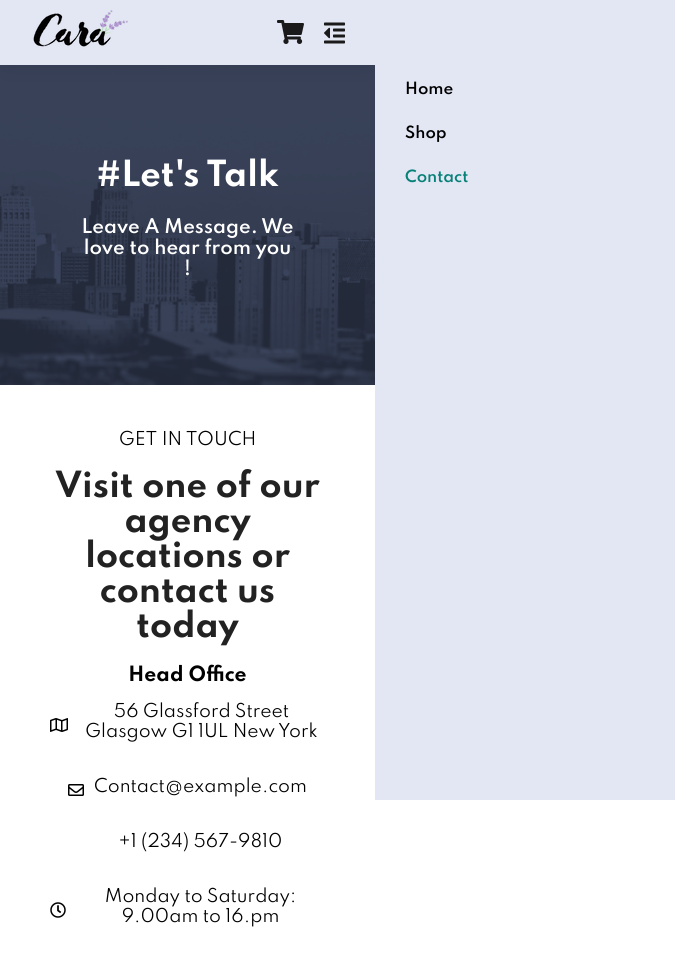
Repository: Daryllgio/E-Commerce-Website-UI
Page: contact.html
These files come from the project's save history. The page is drawn as it stood at one moment and after the next save; the edit follows.
The browser window is 375 px wide. The page is 688 px wide, so the pictures cover 688 px, including what lies to the right of the window. The pictures show the part of the page from y = 0 to 967 px (the page is 3007 px tall before and 3032 px after).
Pictures or frames that could not be fetched are drawn as grey boxes. Some web libraries are served in a nearby version.

Above is the page before, as saved 2025-01-09 10:26:00.

### contact.html
<!DOCTYPE html>
<html lang="en">

<head>
    <meta charset="UTF-8">
    <meta http-equiv="X-UA-Compatible" content="IE=edge">
    <meta name="viewport" content="width=device-width, initial-scale=1.0">
    <title>Giovanny's Ecommerce UserInterface</title>

    <link rel="stylesheet" href="https://pro.fontawesome.com/releases/v5.10.0/css/all.css" />

    <link rel="stylesheet" href="style.css">
</head>

<body>
    <section id="header">
        <a href="#"><img src="img/logo.png" id="logo" class="logo" alt=""></a>

        <div>
            <ul id="navbar">
                <li>
                    <a href="index.html">Home</a>
                </li>
                <li>
                    <a href="shop.html">Shop</a>
                </li>
                <li>
                    <a class="active" href="contact.html">Contact</a>
                </li>
                <li id="lg-bag">
                    <a href="cart.html"><i class="fa fa-shopping-cart" aria-hidden="true"></i></a>
                </li>
                <a href="#" id="close"><i class="far fa-times"></i></a>
            </ul>
        </div>
        <div id="mobile">
            <a href="cart.html"><i class="fa fa-shopping-cart" aria-hidden="true"></i></a>
            <i id="bar" class="fas fa-outdent"></i>
        </div>
    </section>
    <section id="ContactPageheader" class="section-p1">
        <h2>#Let's Talk</h2>
        <p>Leave A Message. We love to hear from you !</p>
    </section>
    <section id="ContactDetailContainer">
        <div class="Contact">
            <p>
                GET IN TOUCH
            </p>
            <h2>
                Visit one of our agency locations or contact us today
            </h2>
            <h3>
                Head Office
            </h3>
            <div class="ContactDetail">
                <i class="far fa-map"></i>
                <p>
                    56 Glassford Street Glasgow G1 1UL New York
                </p>
            </div>
            <div class="ContactDetail">
                <i class="far fa-envelope"></i>
                <p>
                    Contact@example.com
                </p>
            </div>
            <div class="ContactDetail">
                <i class="far fa-phone-alt"></i>
                <p>
                    +1 (234) 567-9810
                </p>
            </div>
            <div class="ContactDetail">
                <i class="far fa-clock"></i>
                <p>
                    Monday to Saturday: 9.00am to 16.pm
                </p>
            </div>
        </div>

        <div class="map">
            <iframe
                src="https://www.google.com/maps/embed?pb=!1m18!1m12!1m3!1d3154.2481147782505!2d-122.38923522391983!3d37.760780071988954!2m3!1f0!2f0!3f0!3m2!1i1024!2i768!4f13.1!3m3!1m2!1s0x808f7f001c806bf3%3A0xfff22b37f9f735f4!2sY%20Combinator!5e0!3m2!1sen!2sus!4v1735790510353!5m2!1sen!2sus"
                width="600" height="450" style="border:0;" allowfullscreen="" loading="lazy"
                referrerpolicy="no-referrer-when-downgrade"></iframe>
        </div>
    </section>

    <section id="sm-NewsLetter" class="section-p1">
        <div class="Newsletters-Container">
            <div class="Newsletters-Text">
                <h3>Sign Up For Newsletters</h3>
                <p> Get the updates about out latest shop and <span>special offers</span></p>
            </div>
            <div class="Newsletters-Input">
                <input placeholder="Your email address" />
                <button>
                    Sign Up
                </button>
            </div>
        </div>
    </section>

    <section id="Contact-Input">
        <h2>
            Contact Us
        </h2>
        <input type="text" placeholder="Your Name" class="Input-Box" />
        <input type="text" placeholder="Email" class="Input-Box" />
        <input type="text" placeholder="Subject" class="Input-Box" />
        <textarea type="text" placeholder="Your Message" class="Input-Message-Box"></textarea>
        <button>
            Submit
        </button>
    </section>

    <section id="Footer" class="section-p1">
        <div class="Footer-box">
            <h3>Contact</h3>
            <p><span>Address: </span>1233 Colonel By Drive, Ottawa, Canada</p>
            <p><span>Phone: </span>+1 (234) 567-9810</span></p>
            <p><span>Hours: </span>1233 Coloenl By Drive, Ottawa, Canada</p>
            <h3>Follow Us</h3>

            <div class="Social-Icons">
                <i class="fab fa-facebook-f"></i>
                <i class="fab fa-instagram"></i>
                <i class="fab fa-pinterest-p"></i>
            </div>
        </div>

        <div class="Footer-box">
            <h3>About</h3>
            <a href="#">Delivery Information</a>
            <a href="#">Privacy Policy</a>
            <a href="#">Terms & Conditions</a>
            <a href="contact.html">Contact Us</a>
        </div>

        <div class="Footer-box">
            <h3>My Account</h3>
            <a href="#">Sign In</a>
            <a href="cart.html">View Cart</a>
            <a href="#">Track My Order</a>
            <a href="#">Help</a>
        </div>

        <div class="Footer-box">
            <h3>Install App</h3>
            <p>From App Store or Google Play</p>
            <div class="Pay-Container">
                <img src="img/pay/app.jpg" class="pay" alt="">
                <img src="img/pay/play.jpg" class="pay" alt="">

            </div>
            <p>Secured Payment Gateways</p>
            <img src="img/pay/pay.png" alt="">

        </div>

    </section>
    <div id="copyright">
        <p>
            Giovanny, E-commerce website project
        </p>
    </div>


    <script src="script.js"></script>

</body>

</html>

### style.css
@import url("https://fonts.googleapis.com/css2?family=Spartan:wght@100;200;300;400;500;600;700;800;900&display=swap");

* {
  margin: 0;
  padding: 0;
  box-sizing: border-box;
  font-family: "Spartan", sans-serif;
}

html {
  scroll-behavior: smooth;
}

/* Global Styles */

h1 {
  font-size: 50px;
  line-height: 64px;
  color: #222;
}

h2 {
  font-size: 46px;
  line-height: 54px;
  color: #222;
}

h4 {
  font-size: 20px;
  color: #222;
}

h6 {
  font-weight: 700;
  font-size: 12px;
}

p {
  font-size: 16px;
  color: #465b52;
  margin: 15px 0 20px 0;
}

.section-p1 {
  padding: 40px 80px;
}

.section-m1 {
  margin: 40px 0;
}

button.normal {
  font-size: 14px;
  font-weight: 400;
  padding: 15px 20px;
  border-radius: 5px;
  cursor: pointer;
  border: none;
  outline: none;
  transition: 0.3s;
}

body {
  width: 100%;
}

#header {
  display: flex;
  align-items: center;
  justify-content: space-between;
  padding: 20px 80px;
  background: #E3E6F3;
  box-shadow: 0 5px 15px rgba(0, 0, 0, 0.06);
  position: sticky;
  top: 0;
  left: 0;

}



#navbar {
  display: flex;
  align-items: center;
  justify-content: center;
}

#navbar li {
  list-style: none;
  padding: 0px 20px;
}

#navbar li a {
  text-decoration: none;
  font-size: 15px;
  font-weight: 600;
  color: #000;
  transition: 0.3s ease;
}

#navbar li a:hover,
#navbar li a.active {
  color: #088178;
}

#mobile {
  display: none;
  align-items: center;
}

#close {
  display: none;
}

#HomeHeaderContent {
  background-image: url("img/hero4.png");
  height: 90vh;
  width: 100%;
  background-size: cover;
  background-position: top 25% right 0;
  padding: 0 80px;
  align-items: flex-start;
  display: flex;
  flex-direction: column;
  justify-content: center;
}

#HomeHeaderContent h4 {
  margin-bottom: 10px;
}

#HomeHeaderContent h1 {
  color: #088178;
}

#HomeHeaderContent button {
  color: #088178;
  background-image: url("img/button.png");
  font-size: 15px;
  font-weight: 600;
  background-color: transparent;
  border: 0;
  padding: 14px 80px 14px 65px;
  background-repeat: no-repeat;
  cursor: pointer;
}

#Features {
  display: flex;
  align-items: center;
  justify-content: space-between;
  flex-wrap: wrap;
}

#Features .fe-box {
  width: 200px;
  text-align: center;
  padding: 35px 25px;
  border: 1px solid #cce7d0;
  box-shadow: 20px 20px 34px rgba(0, 0, 0, 0.03);
  border-radius: 10px;
  margin-right: 15px 0;
}

#Features .fe-box:hover {
  box-shadow: 10px 10px 54px rgba(0, 0, 0, 0.1);
}

#Features .fe-box img {
  width: 100%;
  margin-bottom: 10px;
}

#Features .fe-box h6 {
  font-size: 13px;
  display: inline-block;
  line-height: 1;
  border-radius: 4px;
  color: #088178;
  background-color: #fddde4;
  padding: 9px 8px 6px 8px;
}

#Features .fe-box:nth-child(2) h6 {
  background-color: #cdebbc;
}

#Features .fe-box:nth-child(3) h6 {
  background-color: #d1e8f2;
}

#Features .fe-box:nth-child(4) h6 {
  background-color: #cdd4f8;
}

#Features .fe-box:nth-child(5) h6 {
  background-color: #f6dbf6;
}

#Features .fe-box:nth-child(6) h6 {
  background-color: #fff2e5;
}

#product1 {
  text-align: center;
}

#product1 .pro {
  width: 23%;
  min-width: 250px;
  padding: 10px 25px;
  border: 1px solid #f0f0f0;
  border-radius: 20px;
  cursor: pointer;
  box-shadow: 20px 20px 30px rgba(0, 0, 0, 0.02);
  transition: 0.3s ease;
}

#product1 .pro:hover {
  box-shadow: 20px 20px 30px rgba(0, 0, 0, 0.06);

}

#product1 .pro img {
  width: 100%;
  border-radius: 20px;
}

#product1 .pro .des {
  text-align: start;
  padding: 10px 0;
}

#product1 .pro .des span {
  color: #606063;
  font-size: 12px;
}

#product1 .pro .des h5 {
  color: #1a1a1a;
  font-size: 14px;
  padding-top: 7px;
}

#product1 .pro .des .fa-star {
  color: rgb(243, 181, 25);
  font-size: 12px;
}

#product1 .pro .des h4 {
  font-size: 16px;
  padding-top: 7px;
  font-weight: 700;
  color: #088178;

}

#product1 .pro .Shop {
  display: flex;
  justify-content: space-between;
}

#product1 .pro .des .fa-shopping-cart {
  width: 40px;
  height: 40px;
  line-height: 40px;
  border-radius: 50px;
  font-size: 17px;
  background-color: #e8f6ea;
  font-weight: 500;
  color: #088178;
  border: 1px solid #cce7d0;
  text-align: center;
}

#product1 .pro-container {
  display: flex;
  justify-content: space-between;
  padding: 20px;
  flex-wrap: wrap;
}


#banner {
  background-image: url("img/banner/b2.jpg");
  height: 40vh;
  width: 100%;
  background-size: cover;
  background-position: top 25% right 0;
  padding: 0 80px;
  text-align: center;
  display: flex;
  flex-direction: column;
  align-items: center;
  justify-content: center;
}

#banner p {
  font-size: 15px;
  margin-bottom: 15px;
  font-weight: 400;
  color: #ffffff;
}

#banner h2 {
  color: #fff;
  margin-bottom: 15px;
}

#banner span {
  color: red;
}

#banner button:hover {
  color: #fff;
  background-color: #088178;
}



#sm-banner {
  display: flex;
  justify-content: space-between;
  flex-wrap: wrap;
  margin-bottom: 10px;
}

#sm-banner .banner-box {
  background-image: url("img/banner/b17.jpg");
  height: 50vh;
  min-width: 620px;
  background-size: cover;
  padding: 0 20px;
  display: flex;
  flex-direction: column;
  align-items: flex-start;
  justify-content: center;

}

#sm-banner .banner-box:nth-child(2) {
  background-image: url("img/banner/b10.jpg");
}

#sm-banner p {
  font-size: 20px;
  color: #fff;
}

#sm-banner h2 {
  color: #fff;
}

#sm-banner span {
  font-size: 17px;
  color: #fff;
  margin-top: 15px;
}

#sm-banner button {
  margin-top: 25px;
  background-color: transparent;
  color: #fff;
  border: 1px solid #fff;
  transition: 0.3s ease;

}

#sm-banner button:hover {
  border: 0;
  background-color: #088178;
}




#sm-banner2 {
  display: flex;
  justify-content: space-between;
}

#sm-banner2 .banner-box {
  background-image: url("img/banner/b7.jpg");
  height: 30vh;
  min-width: 30%;
  background-size: cover;
  padding: 20px;
  display: flex;
  flex-direction: column;
  align-items: flex-start;
  justify-content: center;
  background-size: cover;
  background-position: center;

}

#sm-banner2 .banner-box:nth-child(2) {
  background-image: url("img/banner/b4.jpg");
}

#sm-banner2 .banner-box:nth-child(3) {
  background-image: url("img/banner/b18.jpg");
}

#sm-banner2 h3 {
  font-size: 28px;
  color: #fff;
}

#sm-banner2 span {
  font-size: 17px;
  color: #fff;
  font-weight: 600;
  margin-top: 15px;
}

#sm-NewsLetter {
  background-image: url("img/banner/b14.png");
  background-repeat: no-repeat;
  height: 25vh;
  width: 100%;
  background-size: cover;
  background-position: top 25% right 30%;
  background-color: #041e42;
  justify-content: center;
  align-items: center;
  display: flex;
  flex-direction: column;
  text-align: center;
}



#sm-NewsLetter .Newsletters-Container h3 {
  color: #fff;
  font-size: 24px;
}

#sm-NewsLetter .Newsletters-Container p {
  color: #fff;
}

#sm-NewsLetter .Newsletters-Container span {
  color: rgb(243, 181, 25);
}

#sm-NewsLetter .Newsletters-Input {
  display: flex;
}

#sm-NewsLetter input {
  width: 400px;
  border: 0;
  border-radius: 5px;
  border-top-right-radius: 0;
  border-bottom-right-radius: 0;
  height: 55px;
  padding-left: 30px;
  font-size: 16px;
}

#sm-NewsLetter button {
  width: 150px;
  height: 55px;
  font-size: 16px;
  color: #fff;
  background-color: #088178;
  border: 0;
  border-radius: 5px;
  border-top-left-radius: 0;
  border-bottom-left-radius: 0;
}

#Footer {
  display: flex;
  flex-direction: row;
  justify-content: space-between;
  flex-wrap: wrap;
  gap: 20px;
}

#Footer .Footer-box {
  display: flex;
  flex-direction: column;
}

#Footer a {
  margin-bottom: 10px;
  text-decoration: none;
  color: #000;
}



#Footer h3 {
  margin-bottom: 10px;
}

#Footer .Social-Icons {
  display: flex;
  flex-direction: row;
  align-items: center;
}

#Footer i {
  margin-right: 10px;
}

#Footer span {
  font-weight: 600;
}

#Footer p {
  margin-bottom: 10px;
}

#Footer .pay {
  border: 1px solid #088178;
  border-radius: 10px;
}

#copyright p {
  text-align: center;
  font-size: 17px;
  font-weight: 400;
}

#ShopPageheader {
  background-image: url("img/banner/b1.jpg");
  height: 40vh;
  width: 100%;
  background-size: cover;
  background-position: top 25% right 0;
  padding: 0 80px;
  text-align: center;
  display: flex;
  flex-direction: column;
  align-items: center;
  justify-content: center;
}

#ShopPageheader h2 {
  color: #fff;
}

#ShopPageheader p {
  color: #fff;
  font-size: 18px;
  font-weight: 600;
}

#ShopPagePagination {
  display: flex;
  align-items: center;
  justify-content: center;
  margin-bottom: 20px;
}

#ShopPagePagination a {
  padding: 20px 25px;
  align-items: center;
  text-align: center;
  background-color: #088178;
  font-size: 15px;
  font-weight: 600;
  border: 0;
  text-decoration: none;
  border-radius: 10px;
  margin-right: 10px;
  color: #fff;
}

#ShopPagePagination a i {
  font-size: 18px;
}

.dropdown-content {
  display: none;
  position: absolute;
  background-color: #f9f9f9;
  min-width: 160px;
  box-shadow: 0px 8px 16px rgba(0, 0, 0, 0.2);
  z-index: 1;
}

.dropdown-content a {
  color: black;
  padding: 12px 16px;
  text-decoration: none;
  display: block;
}

.dropdown-content a:hover {
  background-color: #f1f1f1;
}

#Product-Detail-Container {
  display: flex;
  padding: 0 80px;
  margin-top: 30px;
}

#Product-Detail-Container .OptionContainer {
  display: flex;
  align-items: center;
  flex-direction: column;
  margin-right: 30px;
}

#Product-Detail-Container .OptionSubContainer {
  display: flex;
  justify-content: flex-start;
}



#MainImg {
  width: 590px;
  height: 60vh;
  margin-bottom: 10px;
}

#Product-Detail-Container .option {
  width: 140px;
  height: 20vh;
  margin-right: 10px;
  cursor: pointer;
}

#Product-Detail-Container .Product-Category {
  margin-bottom: 20px;
}

#Product-Detail-Container .Product-Price {
  margin-bottom: 20px;
}

#Product-Detail-Container .dropdown-btn {
  padding: 12px 25px;
  border: 1px solid;
  border-radius: 5px;
  background-color: transparent;
}

#Product-Detail-Container .Product-Num-Container {
  display: flex;
  align-items: center;
  margin-top: 10px;
  margin-bottom: 50px;
}

#Product-Detail-Container .Size-btn {
  padding: 12px 25px;
  border: 1px solid;
  border-radius: 5px;
  text-align: center;
  margin-right: 10px;
  background-color: #fff;
}

#Product-Detail-Container .AddToCart-btn {
  padding: 16px 25px;
  border: 0;
  border-radius: 7px;
  text-align: center;
  background-color: #088178;
  color: #fff;
  font-size: 15px;
  font-weight: 600;
}


#Product-Detail-Container .Product-Detail-Header {
  color: #000;
  font-size: 22px;
  font-weight: 600;
}

#Product-Detail-Container .Product-Details {
  color: #000;
  line-height: 25px;
}

#ContactPageheader {
  background-image: url("img/about/banner.png");
  height: 40vh;
  width: 100%;
  background-size: cover;
  background-position: top 25% right 0;
  padding: 0 80px;
  text-align: center;
  display: flex;
  flex-direction: column;
  align-items: center;
  justify-content: center;
}

#ContactPageheader h2 {
  color: #fff;
}

#ContactPageheader p {
  color: #fff;
  font-size: 18px;
  font-weight: 600;
}

#ContactDetailContainer {
  display: flex;
  align-items: center;
  gap: 20px;
  padding: 30px 50px;
}

#ContactDetailContainer .ContactDetail {
  display: flex;
  align-items: center;
  gap: 10px;
}

#ContactDetailContainer h2 {
  margin-bottom: 20px;
}

#ContactDetailContainer p {
  color: #000;
  font-size: 17px;
}

#Contact-Input {
  display: flex;
  flex-direction: column;
  gap: 10px;
  padding: 20px 100px;
  align-items: center;
}

#Contact-Input h2 {
  text-align: center;
}

#Contact-Input .Input-Box {
  width: 600px;
  height: 40px;
  padding: 0 20px;
  border-radius: 5px;
  border: 1px solid #e1e1e1;
}

#Contact-Input .Input-Message-Box {
  width: 600px;
  height: 200px;
  border: 1px solid #e1e1e1;
  border-radius: 5px;
  padding-left: 15px;
  padding-top: 15px;
}

#Contact-Input button {
  padding: 16px 25px;
  border: 0;
  border-radius: 7px;
  text-align: center;
  background-color: #088178;
  color: #fff;
  font-size: 15px;
  font-weight: 600;
}

#CartPageheader {
  background-image: url("img/about/banner.png");
  height: 40vh;
  width: 100%;
  background-size: cover;
  background-position: top 25% right 0;
  padding: 0 80px;
  text-align: center;
  display: flex;
  flex-direction: column;
  align-items: center;
  justify-content: center;
}

#CartPageheader h2 {
  color: #fff;
}

#CartPageheader p {
  color: #fff;
  font-size: 18px;
  font-weight: 600;
}

#Cart-Summary-Container {
  padding: 30px 150px;
}

#Cart-Summary-Container table {
  width: 100%;
  border-collapse: collapse;
  table-layout: fixed;
  white-space: nowrap;
}

#Cart-Summary-Container table td:nth-child(1) {
  width: 100px;
  text-align: center;
}

#Cart-Summary-Container table td:nth-child(2) {
  width: 100px;
  text-align: center;
}

#Cart-Summary-Container table td:nth-child(3) {
  width: 250px;
  text-align: center;
}

#Cart-Summary-Container table td:nth-child(4) {
  width: 100px;
  text-align: center;
}

#Cart-Summary-Container table td:nth-child(5) {
  width: 100px;
  text-align: center;
}

#Cart-Summary-Container table td:nth-child(6) {
  width: 100px;
  text-align: center;
}

#Cart-Summary-Container .Cart-Content-Header {
  display: flex;
  flex-direction: row;
  justify-content: space-between;
}

#Cart-Summary-Container .option {
  width: 80px;
  height: 80px;
}

#Cart-Summary-Container .Cart-Content {
  display: flex;
  flex-direction: column;
  justify-content: space-between;
}

#Cart-Summary-Container .Card-Content-Container {
  display: flex;
  flex-direction: row;
  justify-content: space-between;
}

#Cart-Summary-Container .dropdown-content {
  display: none;
  position: absolute;
  background-color: #f9f9f9;
  min-width: 160px;
  box-shadow: 0px 8px 16px rgba(0, 0, 0, 0.2);
  z-index: 1;
}

#Cart-Summary-Container .dropdown-content a {
  color: black;
  padding: 12px 16px;
  text-decoration: none;
  display: block;
}

#Cart-Summary-Container .dropdown-content a:hover {
  background-color: #f1f1f1;
}

#Cart-Summary-Container .Size-btn {
  padding: 12px 25px;
  border: 1px solid;
  border-radius: 5px;
  text-align: center;
  margin-right: 10px;
  background-color: #fff;
}

#Cart-Summary-Container table thead {
  border-top: 1px solid #f0f0f0;
  border-bottom: 1px solid #f0f0f0;

}

#Cart-Summary-Container table thead td {
  font-weight: 600;
  font-size: 13px;
  text-transform: uppercase;
  padding-top: 10px;
  padding-bottom: 10px;
}

#Cart-Summary-Container table tbody tr td {
  padding-top: 20px;
}

#Coupon-Total-Container {
  display: flex;
  padding: 20px 200px;
  gap: 350px;
}

#Coupon-Total-Container h3 {
  margin-bottom: 10px;
}

#Coupon-Total-Container .Coupon-Input {
  width: 300px;
  height: 40px;
  padding: 0 20px;
  border-radius: 5px;
  border: 1px solid #e1e1e1;
}

#Coupon-Total-Container .Button {
  padding: 12px 25px;
  border: 0;
  border-radius: 7px;
  text-align: center;
  background-color: #088178;
  color: #fff;
  font-size: 15px;
  font-weight: 600;
  cursor: pointer;
}

/* Responsive Design */

@media (max-width: 821px) {
  .section-p1 {
    padding: 40px 40px;
  }

  #navbar {
    display: flex;
    flex-direction: column;
    align-items: flex-start;
    justify-content: flex-start;
    position: fixed;
    top: 0;
    right: -300px;
    height: 100vh;
    width: 300px;
    background-color: #E3E6F3;
    box-shadow: O 40px 60px rgba(0, 0, 0, 0.01);
    padding: 80px 0 0 10px;
    transition: 0.03s;
  }

  #navbar li {
    margin-bottom: 25px;
  }

  #navbar.active {
    right: 0px;
  }

  #mobile {
    display: flex;
    align-items: center;
  }

  #mobile i {
    color: #1a1a1a;
    font-size: 24px;
    padding-left: 20px;
  }

  #close {
    position: absolute;
    top: 30px;
    left: 30px;
    color: #222;
    font-size: 24px;
    display: initial;
  }

  #lg-bag {
    display: none;
  }

  #HomeHeaderContent {
    height: 70vh;
    padding: 0 80px;
    background-position: top 30% right 30%;

  }

  #Feature {
    justify-content: center;
  }

  #Features .fe-box {
    margin: 15px 0px;
  }

  #product1 .pro-container {
    justify-content: center;
  }

  #product1 .pro {
    margin: 15px;
  }

  #banner {
    height: 30vh;
  }


  #sm-banner .banner-box {
    height: 30vh;
    min-width: 100%;
    margin-bottom: 10px;
  }

  #sm-banner2 .banner-box {
    width: 30%;
  }

  #sm-NewsLetter .Newsletters-Container {
    justify-content: space-between;
    padding: 0 10px;
    display: flex;
    flex-direction: column;
    align-items: center;
    display: flex;
    text-align: center;
  }

  #Product-Detail-Container {
    padding: 0 10px;
  }


  #MainImg {
    width: 350px;
    height: 30vh;
  }

  #Product-Detail-Container .option {
    width: 100px;
    height: 15vh;
    margin-right: 10px;
    cursor: pointer;
  }

  #ContactDetailContainer {
    display: flex;
    align-items: center;
    flex-direction: column;
    gap: 20px;
    padding: 30px 50px;
  }

  #ContactDetailContainer .Contact {
    text-align: center;
  }

  #ContactDetailContainer .ContactDetail {
    display: flex;
    align-items: center;
    justify-content: center;
    gap: 10px;
  }


}

@media (max-width: 499px) {
  .section-p1 {
    padding: 20px;
  }

  #header {
    padding: 10px 30px;
  }

  h1 {
    font-size: 38px;
  }

  h2 {
    font-size: 32px;
  }

  #HomeHeaderContent {
    padding: 0 20px;
    background-position: 60%;
  }

  #Feature {
    justify-content: center;
  }

  #Features .fe-box {
    width: 155px;
    margin: 15px 0;
  }

  #product1 .pro {
    width: 100%;
  }

  #banner {
    height: 40vh;
  }


  #sm-banner .banner-box {
    height: 40vh;
    max-width: 100%;
  }

  #lg-bag {
    display: none;
  }

  #sm-banner2 {
    display: flex;
    justify-content: space-between;
    flex-direction: column;
  }

  #sm-banner2 .banner-box {
    height: 25vh;
    width: 100%;
    margin-bottom: 10px;
  }

  #sm-NewsLetter {
    height: 22vh;
  }


  #sm-NewsLetter input {
    width: 280px;
    padding-left: 10px;
    font-size: 13px;
    height: 50px;
  }

  #sm-NewsLetter button {
    width: 100px;
    height: 50px;
    font-size: 13px;
  }

  #Product-Detail-Container {
    display: flex;
    margin-top: 30px;
    flex-direction: column;
    justify-content: center;
    align-items: center;
    text-align: center;
  }

  #MainImg {
    width: 300px;
    height: 30vh;
  }

  #Product-Detail-Container .option {
    width: 80px;
    height: 15vh;
    cursor: pointer;
  }

  #Product-Detail-Container .OptionContainer {
    display: flex;
    align-items: center;
    justify-content: center;
    flex-direction: column;
    margin-left: 45px;
  }

  #Product-Detail-Container .OptionSubContainer {
    display: flex;
    justify-content: center;
    align-items: center;
  }

  #Product-Detail-Container .Product-Num-Container {
    display: flex;
    align-items: center;
    justify-content: center;
    margin-top: 20px;
    margin-bottom: 30px;
  }

  #ContactDetailContainer {
    display: flex;
    align-items: center;
    flex-direction: column;
    gap: 20px;
    padding: 30px 50px;
  }

  #ContactDetailContainer .Contact {
    text-align: center;
  }

  #ContactDetailContainer .ContactDetail {
    display: flex;
    align-items: center;
    justify-content: center;
    gap: 10px;
  }


  #ContactDetailContainer {
    display: flex;
    align-items: center;
    gap: 20px;
    padding: 30px 50px;
  }

  #ContactDetailContainer .ContactDetail {
    display: flex;
    align-items: center;
    gap: 10px;
  }

  #ContactDetailContainer .map {
    width: 200px;
  }

  #ContactDetailContainer h2 {
    margin-bottom: 20px;
    line-height: 35px;
  }

  #ContactDetailContainer p {
    color: #000;
    font-size: 17px;
  }



  #Contact-Input {
    display: flex;
    flex-direction: column;
    gap: 10px;
    padding: 20px 100px;
    align-items: center;
  }

  #Contact-Input h2 {
    text-align: center;
  }

  #Contact-Input .Input-Box {
    width: 370px;
  }

  #Contact-Input .Input-Message-Box {
    width: 370px;
  }


}

Loaded but not shown: script.js (43 lines, source omitted)

After the next save:
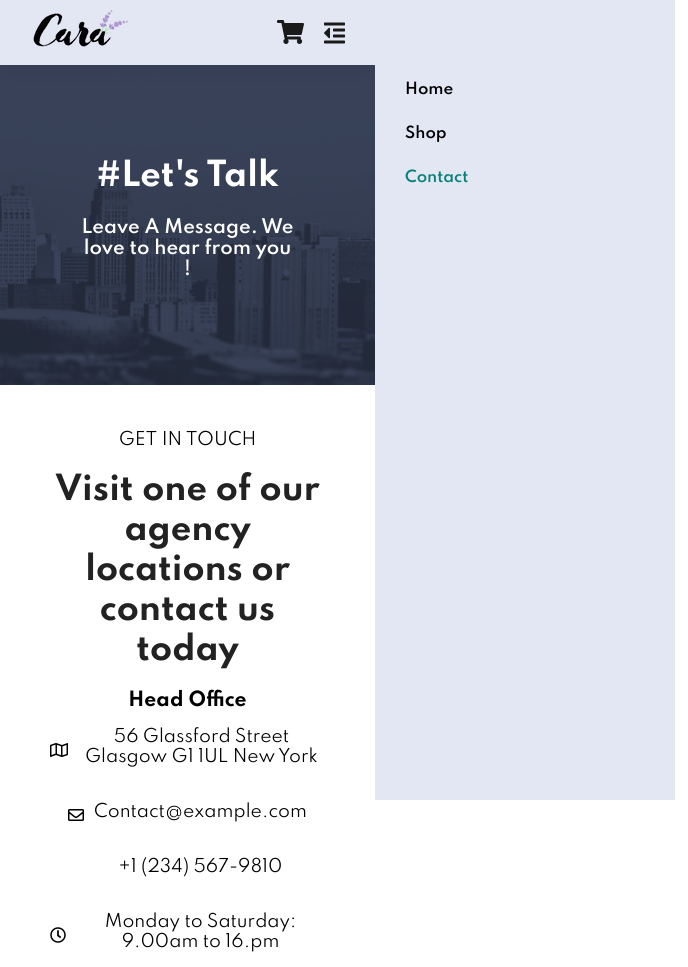
Saved 11 s later.
--- a/style.css
+++ b/style.css
@@ -1234,7 +1234,7 @@ body {
 
   #ContactDetailContainer h2 {
     margin-bottom: 20px;
-    line-height: 35px;
+    line-height: 40px;
   }
 
   #ContactDetailContainer p {
